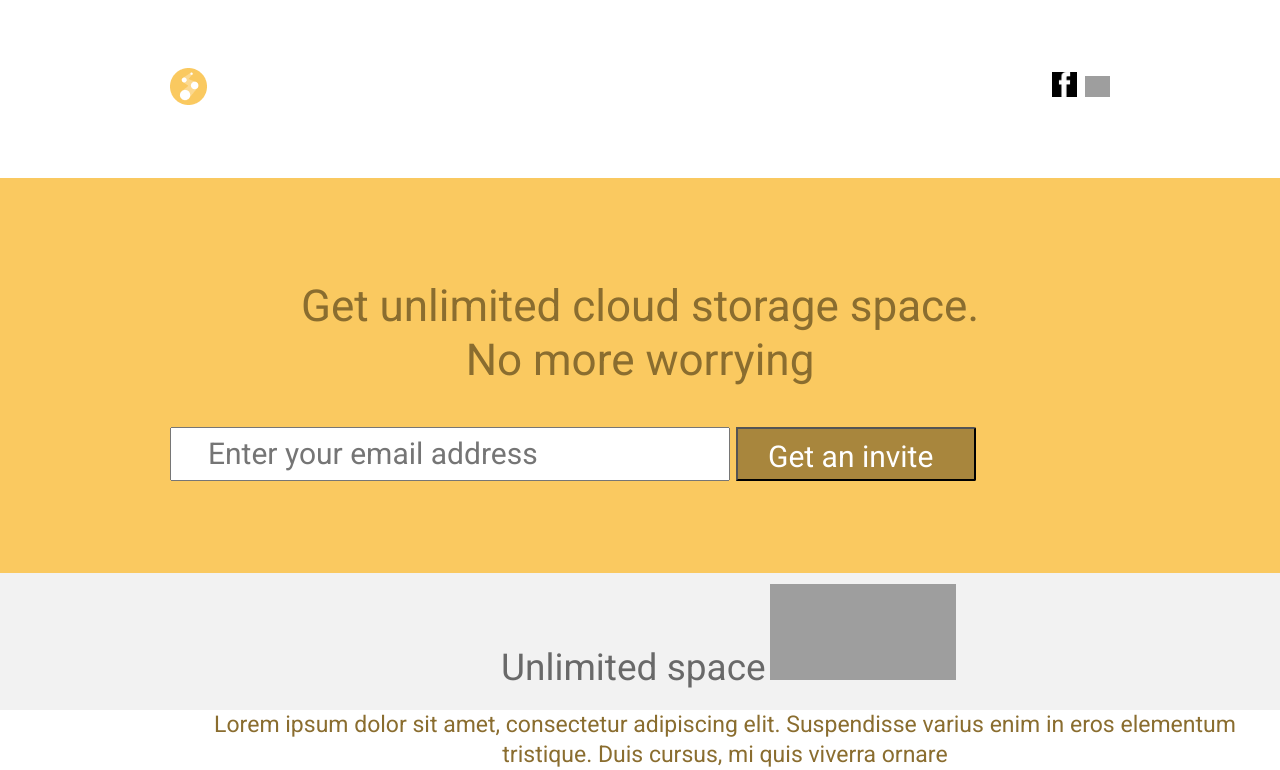
Repository: AndreyMykulych/user_home_work_Mykulych
Page: index.html
The author's editor kept a copy of each file at every save. The page is drawn from the files as they stood at one save, then again after the next save.
The browser window is 1280 px wide. The pictures show the whole page.
Pictures or frames that could not be fetched are drawn as grey boxes.

Above is the page before, as saved 2023-02-27 17:27:05.

### index.html
<!DOCTYPE html>
<html lang="en">
<head>
    <meta charset="UTF-8">
    <meta http-equiv="X-UA-Compatible" content="IE=edge">
    <meta name="viewport" content="width=device-width, initial-scale=1.0">
    <title>Document</title>
    <link  rel="stylesheet"  href="styles/normalize.css">
    <link  rel="stylesheet"  href="styles/style.css">
    <link rel="preconnect" href="https://fonts.googleapis.com">
<link rel="preconnect" href="https://fonts.gstatic.com" crossorigin>
<link href="https://fonts.googleapis.com/css2?family=Roboto&display=swap" rel="stylesheet">

</head>
<body>
    <div class="wrapper">
        <h1 class="first-block">
            <img class="logo-Photo" src="/3/img/IMAGE.png" alt="main">
        </h1>

            <h1 class="second-block">
                <img class="Fb-Photo" src="data:[embedded picture, 1466 characters]" alt="FB">
                <img class="Twit-Photo" src="https://cdn-icons-png.flaticon.com/512/733/733635.png" alt="Twitter">
            </h1>
    </div>
    <div class="input-back">
    <div class="input-conteiner">
        <p class="text_1">Get unlimited cloud storage space.</p>
        <p class="text_2">No more worrying</p>
        <form>
            <input placeholder="Enter your email address" type="email" id="email" name="email">
            <button>Get an invite</button>
          </form>
    </div>
</div>
<div class="full_Content">
    <div class="content_first">
     <h1>Unlimited space</h1>
     <p>Lorem ipsum dolor sit amet, consectetur adipiscing elit. Suspendisse varius enim in eros elementum tristique. Duis cursus, mi quis viverra ornare</p>
     <img  class="infinity" src="https://www.freepnglogos.com/uploads/infinity-symbol-png/infinity-symbol-clipart-download-best-infinity-14.png" >
</div>
</div>
</body>
</html>

### styles/style.css
*{
    box-sizing: border-box;
}

.wrapper {
    margin: 0 auto;
    width: 940px;
    margin-top:47px;
}


h1 {
    display: inline-block;
}


.first-block {
    text-align: left;
}


.second-block {
    float: right;
}


.logo-Photo {
    width: 37px;
    height: 37px;
}


.Fb-Photo {
width: 25px;
height: 25px;
}


.Twit-Photo{
    width: 25px;
    height: 21px;
}


.input-back{
    width: 100%;
    background-color: #FAC960;
    height: auto;
    margin-top:43px;

}


.input-conteiner {
    width: 940px;
    margin: 0 auto;
   padding-top:91px;
   padding-bottom: 92px;
}


p {
    margin: 0px;
    display: block;
    font-family: 'Roboto', sans-serif;
    text-align: center;
    font-style: normal;
    font-weight: 400;
    font-size: 44px;
    line-height: 54px;
    color: #8A6D2F;
}



.text_1 {
    padding-top: 10px;
}


.text_2{

    margin-top: 0px;
}



form {
    display: inline-block;
    margin-top: 40px;

}



input {
    padding-left: 36px;
    width: 560px;
    height: 54px;
    font-family: 'Roboto';
font-style: normal;
font-weight: 400;
font-size: 30px;
line-height: 54px;
color: #999999;
}

button {
      position: absolute;
      width: 240px;
      color: #fff;
      background-color: #A8863D;
      text-align: left;
      padding-left: 30px;
      height: 54px;
      margin-left: 6px;
      font-family: 'Roboto';
      font-style: normal;
      font-weight: 400;
      font-size: 30px;
      line-height: 54px;
      border-radius: 0px 2px 2px 0px;
}

.full_Content{
    height: auto;
    width: 100%;
    display: inline-block;
    background-color: #F2F2F2;
}
.content_first {
    width: 940px;
   margin: 0 auto;
   height: auto;

}
.content_first img{
    width: 186.59px;
    height:96px;
}

.content_first h1{
font-size: 37px;
color: #000000;
opacity: 56%;
font-family: 'Roboto';
font-style: normal;
font-weight: 400;
line-height: 36px;
/* identical to box height, or 97% */
margin-top: 77px;
margin-left:331px;
text-align: center;
}

.content_first p{
    position: absolute;
font-family: 'Roboto';
font-style: normal;
font-weight: 400;
font-size: 23px;
line-height: 30px;
/* or 130% */


}

Loaded but not shown: styles/normalize.css (library)

After the next save:
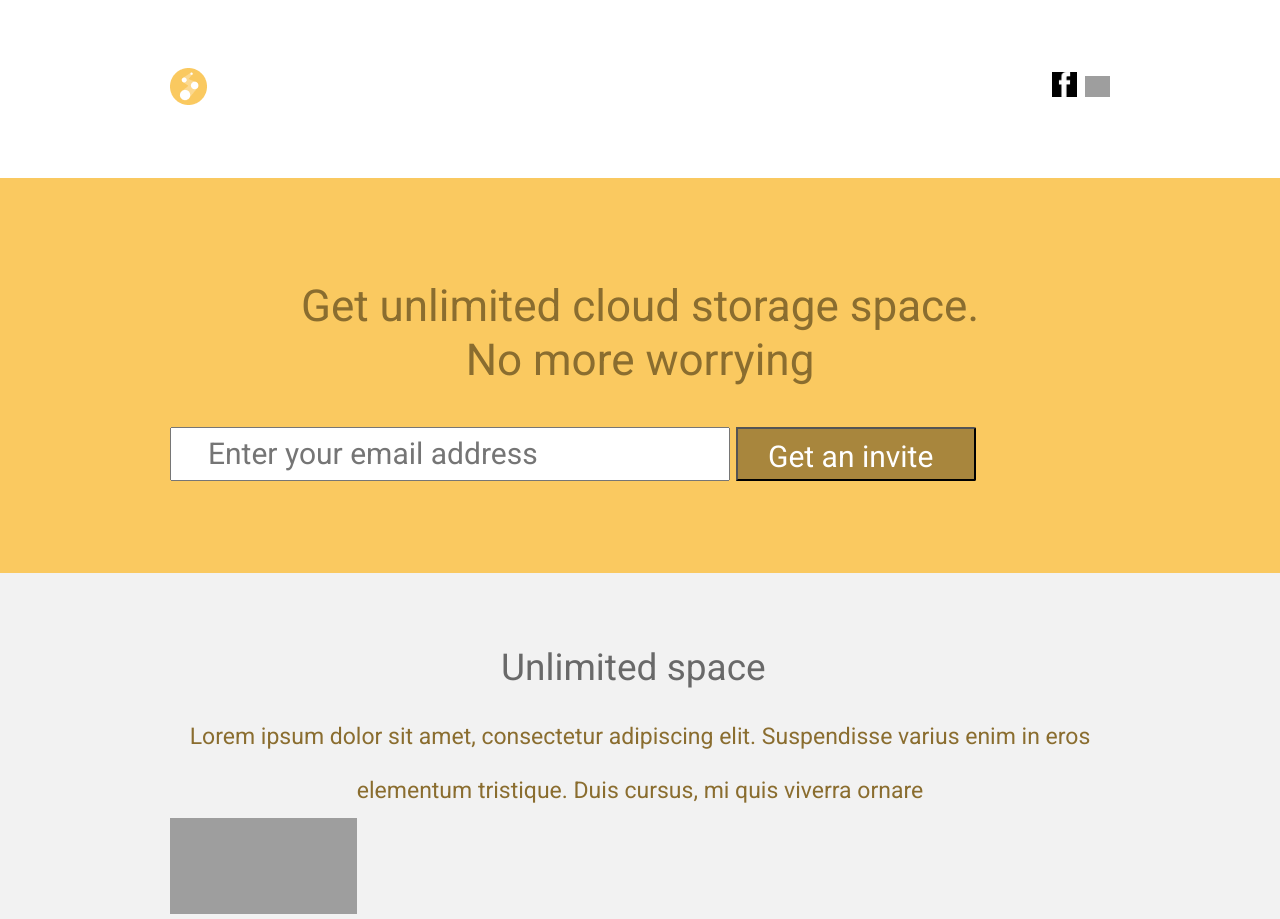
Saved 29 s later.
--- a/styles/style.css
+++ b/styles/style.css
@@ -131,7 +131,6 @@ button {
 .content_first {
     width: 940px;
    margin: 0 auto;
-   height: auto;
 
 }
 .content_first img{
@@ -154,13 +153,5 @@ text-align: center;
 }
 
 .content_first p{
-    position: absolute;
-font-family: 'Roboto';
-font-style: normal;
-font-weight: 400;
-font-size: 23px;
-line-height: 30px;
-/* or 130% */
-
-
+    font-size: 23px;
 }
